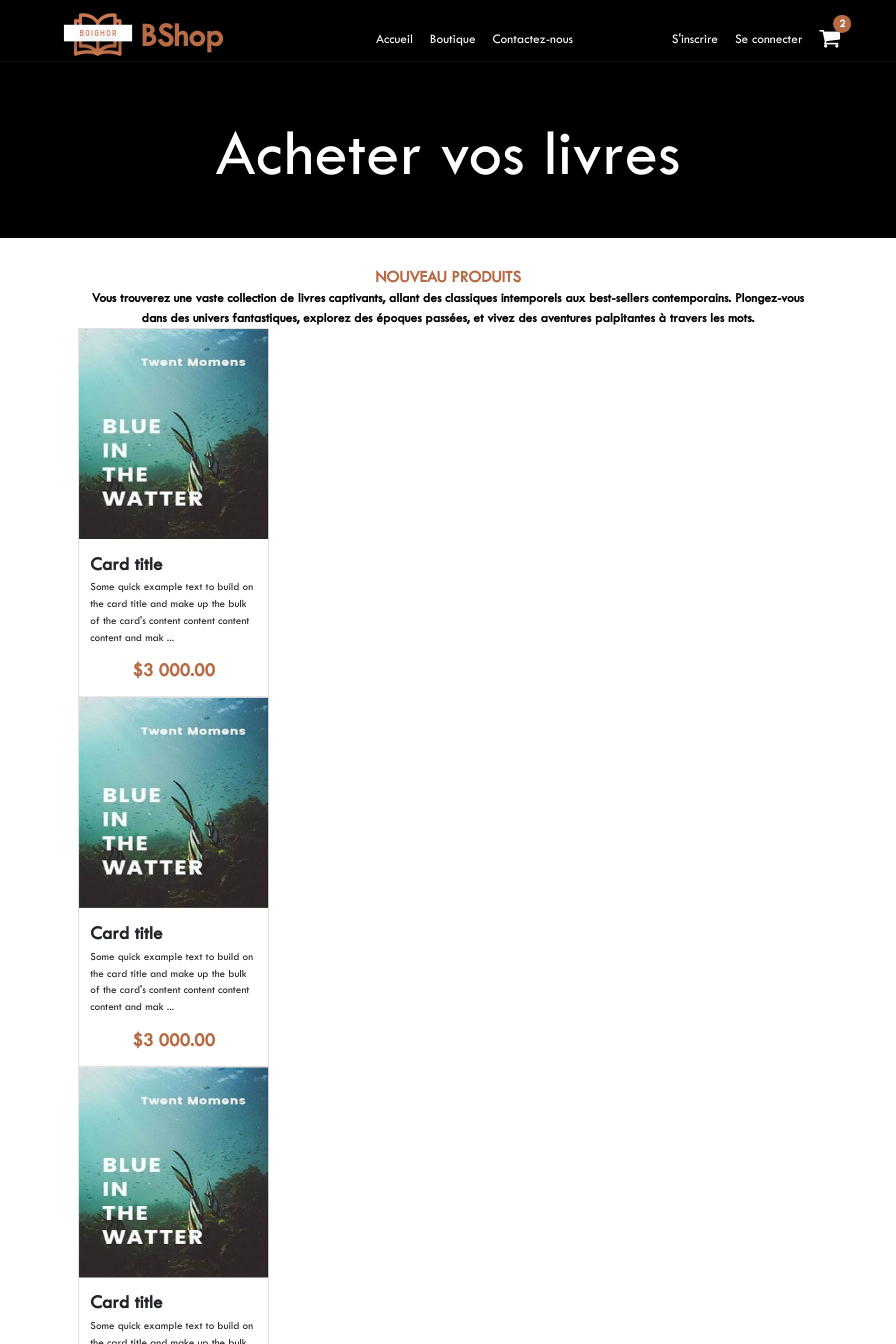
Repository: padevft/e-commerce-php
Page: http://localhost/
These files come from the project's save history. The page is drawn as it stood at one moment and after the next save; the edit follows.
The browser window is 1280 px wide. The pictures show the part of the page from y = 0 to 1920 px (the page is 4870 px tall before and 2312 px after), at 70% of full size.
The page is run by PHP 8.4 with error messages shown; the project is at /var/www/html/.

Above is the page before, as saved 2023-09-18 10:58:04.

### index.php
<?php
require_once('server/includes/utilitaires.inc.php');
?>
<!DOCTYPE html>
<html lang="en">

<head>
  <meta charset="UTF-8" />
  <meta name="viewport" content="width=device-width, initial-scale=1.0" />
  <title>Boutique en ligne</title>

  <link rel="stylesheet" href="client/css/styles.css">
  <link rel="stylesheet" href="client/utilitaires/bootstrap/css/bootstrap.min.css">
  <link rel="stylesheet" href="client/utilitaires/font-awesome-4.7.0/css/font-awesome.min.css">

</head>


<body>
  <div class="container-app">
    <?php
    require_once('server/includes/header.inc.php');
    ?>
    <main>
      <div class="d-flex align-items-center justify-content-center pt-5 container-intro">
        <span class="text-intro">
          Acheter vos livres
        </span>
      </div>
      <div class="container-products">
        <div class="d-flex flex-column align-items-center justify-content-center gap-2 text-center content-intro">
          <span class="text-intro-1"> NOUVEAU PRODUITS</span>
          <span class="text-intro-2">
            Vous trouverez une vaste collection de livres captivants, allant des classiques intemporels aux best-sellers contemporains. Plongez-vous dans des univers fantastiques, explorez des époques passées, et vivez des aventures palpitantes à travers les mots.
          </span>
        </div>
        <?php
        $products = getProducts();
        ?>
        <div class="content-products">
          <div class="grid-products-shop">
            <?php foreach ($products as $product) : ?>
              <?= getHtmlProucut($product) ?>
            <?php endforeach; ?>
          </div>
        </div>
        <div class="d-flex align-items-center justify-content-center pt-4">
          <a href="./index.php" class="view-plus px-3">Voir plus</a>
        </div>
      </div>
  </div>
  </main>
  <?php
  require_once('server/includes/footer.inc.php');
  ?>
  <script src="client/utilitaires/Jquery/jquery-3.6.0.min.js"></script>
  <script src="client/utilitaires/bootstrap/js/bootstrap.min.js"></script>
</body>

</html>

### server/includes/utilitaires.inc.php
<?php

function getProducts()
{
    $liste = array();
    $liste[0] = 1;
    $liste[1] = 1;
    $liste[2] = 1;
    $liste[3] = 1;
    $liste[4] = 1;
    $liste[5] = 1;
    $liste[6] = 1;
    $liste[7] = 1;
    return $liste;
}

$des = 'Some quick example text to build on the card title and make up the bulk of the card\'s content content content content and make up the bulk of the card and make up the bulk of the card and make up the bulk of the card. ';


function getSubDescription($inputString)
{
    if (strlen($inputString) <= 125) {
        return $inputString;
    }
    $result = substr($inputString, 0, 125) . ' ...';
    return $result;
}

function formatPrice($price)
{
    return number_format($price, 2, '.', ' ');
}

function getURL()
{
    if (isset($_SERVER['HTTPS']) && $_SERVER['HTTPS'] === 'on') {
        // La connexion est sécurisée via HTTPS
        $protocole = 'https://';
    } else {
        // La connexion n'est pas sécurisée, utilisez HTTP
        $protocole = 'http://';
    }
    $url = $protocole . $_SERVER['SERVER_NAME'] . ':' . $_SERVER['SERVER_PORT'] . '/shop-online';
    return $url;
}


function getHtmlProucut($product)
{
    global $des;
    $html = <<<HTML
    <div class="card position-relative item-product">
    HTML;
    $html .= '<img src="' . getURL() . '/client/images/p-3.jpg" alt="...">';
    $html .= '<div class="card-body">
            <span class="card-title title-product">Card title</span>';
    $html .= '<p class="card-text text-des">' . getSubDescription($des) . '</p>';
    $html .= '<div class="d-flex justify-content-center"><span class="text-price">$' . formatPrice(3000) . '</span></div>';
    $html .= <<<HTML
        </div>
        <div class="hover-product">
            <div class="options">
                <div class="icons-options">
                    <a href="#" class="icon">
                        <i class="fa fa-shopping-cart"></i>
                    </a>
                    <a href="#" class="icon">
                        <i class="fa fa-eye"></i>
                    </a>
                </div>
            </div>
        </div>
    </div>
    HTML;

    return $html;
}

### server/includes/header.inc.php
<header>
    <nav class="container-nav">
        <div class="row align-items-center">
            <div class="col-12 col-sm-4">
                <div class="d-flex flex-row align-items-center">
                    <a class="container-logo" href="./index.html">
                        <img src="<?= getURL() ?>/client/images/logo.png" />

                    </a>
                    <span class="text-logo">BShop</span>
                </div>
            </div>
            <div class="col-md-4">
                <div class="container-menu mt-2">
                    <ul class="d-flex flex-row align-items-center justify-content-end gap-4 menu">
                        <li><a href="<?= getURL() ?>/index.php" class="menu-item">Accueil</a></li>
                        <li><a href="<?= getURL() ?>/server/pages/shop.php" class="menu-item">Boutique</a></li>
                        <li><a href="<?= getURL() ?>/server/pages/shop.php" class="menu-item">Contactez-nous</a></li>
                    </ul>
                </div>
            </div>
            <div class="col-6 col-md-4">
                <div class="d-flex align-items-center gap-4 justify-content-end mt-2">
                    <div class="container-menu">
                        <ul class="d-flex align-items-center gap-4 menu">
                            <li> <a href="./index.html" class="menu-item">S'inscrire</a></li>
                            <li> <a href="./index.html" class="menu-item">Se connecter</a></li>
                        </ul>

                    </div>
                    <div class="position-relative container-shopping-cart">
                        <span><i class="fa fa-shopping-cart shopping-cart"></i></span>
                        <span class="position-absolute number-product">2</span>
                    </div>
                </div>

            </div>

        </div>
    </nav>
</header>

### server/includes/footer.inc.php
<footer>
    <div class="container-footer">
        <span>Auteur: BShop</span>
        <span>Email: info@bshoop.com</span>
    </div>

</footer>

### client/css/styles.css
/* var text-decoration */
@font-face {
  font-family: myfont;
  src: url(../utilitaires/fonts/ufonts.com_tw-cen-mt.ttf);
}

:root {
  --color-primary: #b76b45;
  --color-white-1: #fff;
  --color-bg-1: rgba(0, 0, 0, 0.366);
}

* {
  transition: all 0.5s ease;
}

body {
  font-family: myfont !important;
}
h1 {
  display: inline-flex;
  position: relative;
  cursor: pointer;
}

a {
  color: unset;
  outline: unset;
  text-decoration: none !important;
}

.container-app {
  background-image: url("../images/bg.jpg");
  background-repeat: no-repeat;
  background-size: cover;
  background-position: center;
}
ul {
  list-style-type: none; /* Retire les puces */
}

/*

****************************
Header
****************************

*/

header {
  padding-top: 15px;
  padding-bottom: 10px;
}

header ul {
  margin: 0 !important;
}
.container-nav {
  padding: 0 5rem;
  border-bottom: 1px solid rgba(255, 255, 255, 0.1);
}
.container-logo {
  width: 120px;
  height: 65px;
}
.container-logo img {
  width: 100%;
  height: 100%;
}
.text-logo {
  font-size: 3rem;
  font-weight: bold;
  color: var(--color-primary);
}
.menu-item {
  display: inline;
  position: relative;
  color: var(--color-white-1);
  padding-bottom: 5px;
  font-size: 1.2rem;
}

.menu-item:hover {
  color: var(--color-primary);
}
.menu-item::before {
  content: "";
  position: absolute;
  bottom: 0;
  left: 0;
  background: var(--color-primary);
  height: 2.5px;
  opacity: 1;
  visibility: visible;
  width: 0;
  -webkit-transition: 0.4s all ease-out;
  -o-transition: 0.4s all ease-out;
  transition: 0.4s all ease-out;
}
.menu-item:hover:before {
  width: 100%;
}

.number-product {
  bottom: 25px;
  font-weight: bold;
  color: var(--color-white-1);
  font-size: 1rem;
  height: 26px;
  line-height: 17px;
  width: 26px;
  background: var(--color-primary) none repeat scroll 0 0;
  border-radius: 100px;
  display: flex;
  justify-content: center;
  align-items: center;
  left: 20px;
}

.shopping-cart {
  color: var(--color-white-1);
  font-size: 2rem !important;
}
.container-shopping-cart:hover .shopping-cart {
  color: var(--color-primary);
  cursor: pointer;
  transform: scale(0.8);
}
.container-shopping-cart:hover .number-product {
  transform: scale(1.7);
  color: var(--color-primary);
  background: var(--color-white-1) none repeat scroll 0 0;
}
.text-intro {
  font-size: 6rem;
  color: var(--color-white-1);
}

/*

****************************
Main
****************************

*/

.container-intro {
  padding: 50px 0;
}
.container-products {
  background-color: var(--color-white-1);
  padding: 3rem 1rem;
}
.content-products,.content-intro {
  padding: 0 6rem;
}
.text-intro-1 {
  color: var(--color-primary);
  font-size: 1.5rem;
  font-weight: 700;
  line-height: 15px;
}

.text-intro-2 {
  color: #000;
  font-size: 1.2rem;
  font-weight: 700;
}

.grid-products {
  display: grid;
  grid-template-columns: repeat(4, 1fr);
  grid-gap: 1rem;
  padding-top: 3rem;
}

.item-product {
  cursor: pointer;
  width: 17rem;
  /* border: unset !important; */
  border-radius: unset !important;
}

.item-product .img-product {
  width: 100%;
  /* border-radius: 15px; */
}

.hover-product {
  width: 100%;
  height: 100%;
  background-color: var(--color-bg-1);
  position: absolute;
  left: 0;
  top: 0;
  /* border-radius: 0.375rem; */
  display: flex;
  justify-content: center;
  align-items: center;
  flex-direction: row;
  opacity: 0;
  transform: scale(0);
  transition: all 0.5s ease-in-out;
}

.item-product:hover .hover-product {
  opacity: 1;
  transform: scale(1);
}
.item-product img {
  width: 100%;
  height: 300px;
}

.hover-product span {
  color: white;
  font-weight: 500;
}

.title-product {
  font-weight: 800;
  font-size: 1.7rem !important;
}
.text-des {
  font-weight: 550;
}
.text-price {
  color: var(--color-primary);
  font-size: 1.7rem;
  font-weight: bold;
}
.options {
  transform: scaleX(0);
  transform-origin: top;
  transition: all 0.7s ease-in-out;
}

.item-product:hover .options {
  transform: scaleX(1);
}
.icons-options {
  display: flex;
  align-items: center;
  justify-content: center;
}

.icon {
  background-color: var(--color-primary);
  border-radius: 50%;
  width: 45px;
  height: 45px;
  display: flex;
  align-items: center;
  justify-content: center;
  margin: 0 1rem;
  cursor: pointer;
  transition: all 0.7s ease-in-out;
}

.icon:hover {
  background-color: var(--color-white-1);
}

.icon i {
  color: var(--color-white-1);
  font-size: 1.2rem;
}

.icon:hover i {
  color: var(--color-primary);
}

.view-plus{
  border: 1px solid var(--color-primary);
  color: var(--color-primary);
  background-color: var(--color-white-1);
  font-weight: 600;
  font-size: 1.2rem;
  border-radius: 15px;
  transition: all 0.7s cubic-bezier(0.68, -0.55, 0.265, 1.55);
}

.view-plus:hover{
  background-color: var(--color-primary);
  color: var(--color-white-1);
}


/*

****************************
footer
****************************

*/

footer {
  background-color: var(--color-white-1);
}
.container-footer {
  background-color: #000;
  display: flex;
  flex-direction: column;
  justify-content: center;
  align-items: center;
  padding: 15px 0;
}
.container-footer span {
  color: var(--color-white-1);
}

Loaded but not shown: client/utilitaires/bootstrap/css/bootstrap.min.css (library); client/utilitaires/font-awesome-4.7.0/css/font-awesome.min.css (library); client/utilitaires/Jquery/jquery-3.6.0.min.js (library); client/utilitaires/bootstrap/js/bootstrap.min.js (library)

After the next save:
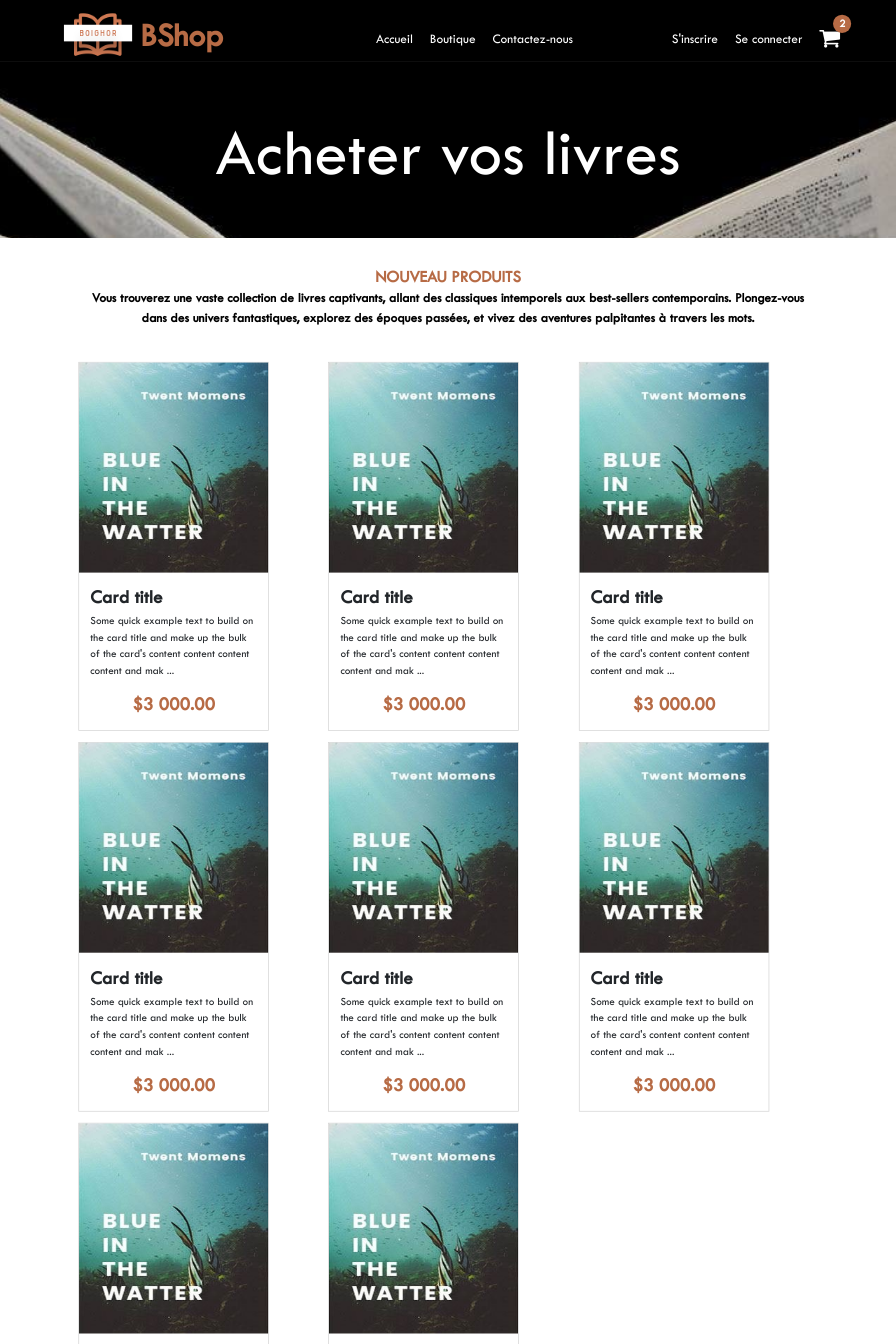
Saved 30 s later.
--- a/client/css/styles.css
+++ b/client/css/styles.css
@@ -173,6 +173,12 @@ Main
   grid-gap: 1rem;
   padding-top: 3rem;
 }
+.grid-products-shop{
+  display: grid;
+  grid-template-columns: repeat(3, 1fr);
+  grid-gap: 1rem;
+  padding-top: 3rem;
+}
 
 .item-product {
   cursor: pointer;
